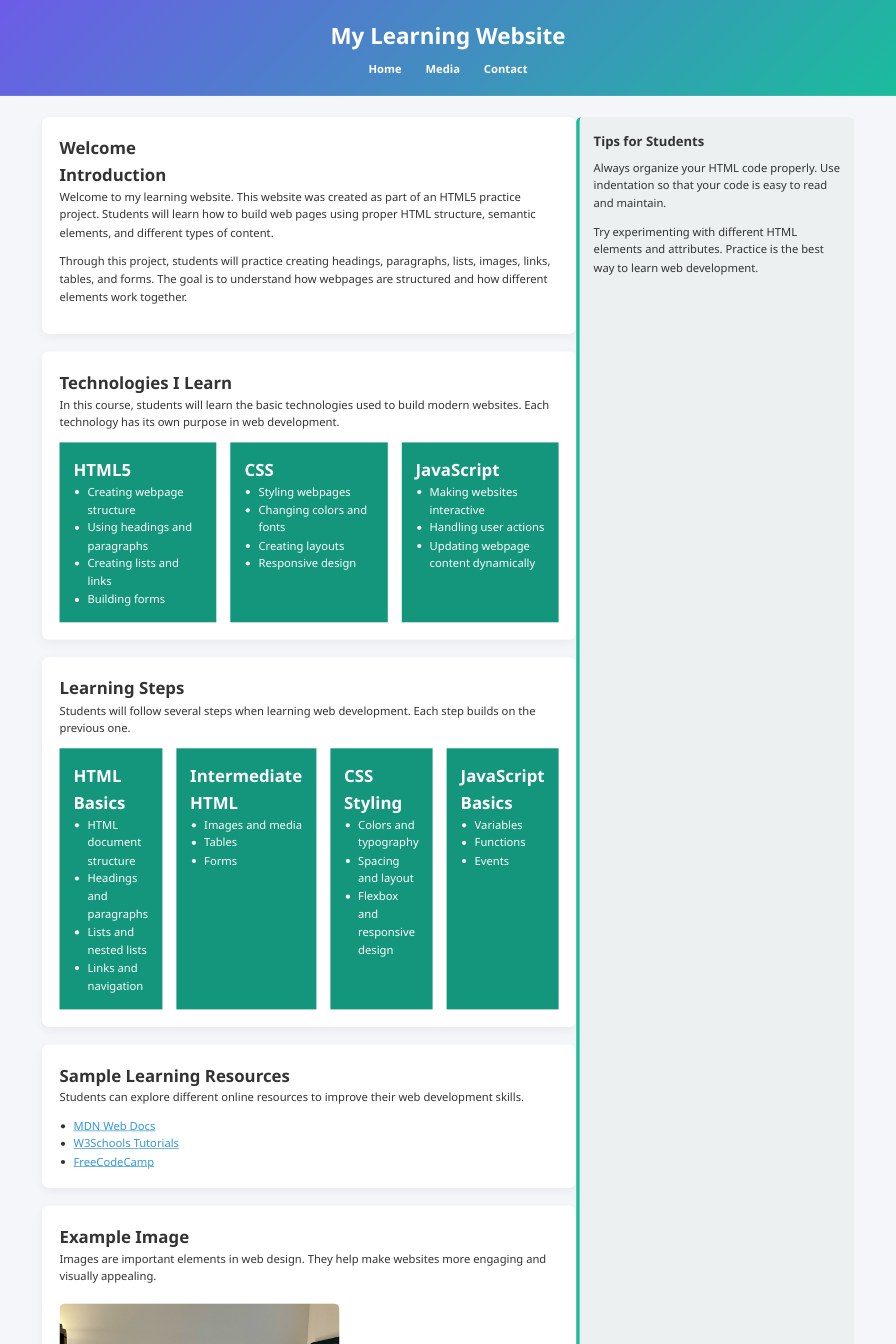
Repository: Than-sothearak/web_client_programing
Page: Week_03/index.html
These files come from the project's save history. The page is drawn as it stood at one moment and after a run of saves; the edit follows.
The browser window is 1280 px wide. The pictures show the part of the page from y = 0 to 1920 px (the page is 2722 px tall before and 2406 px after), at 70% of full size.

Above is the page before, as saved 2026-03-24 21:55:26.

After the next 2 saves:
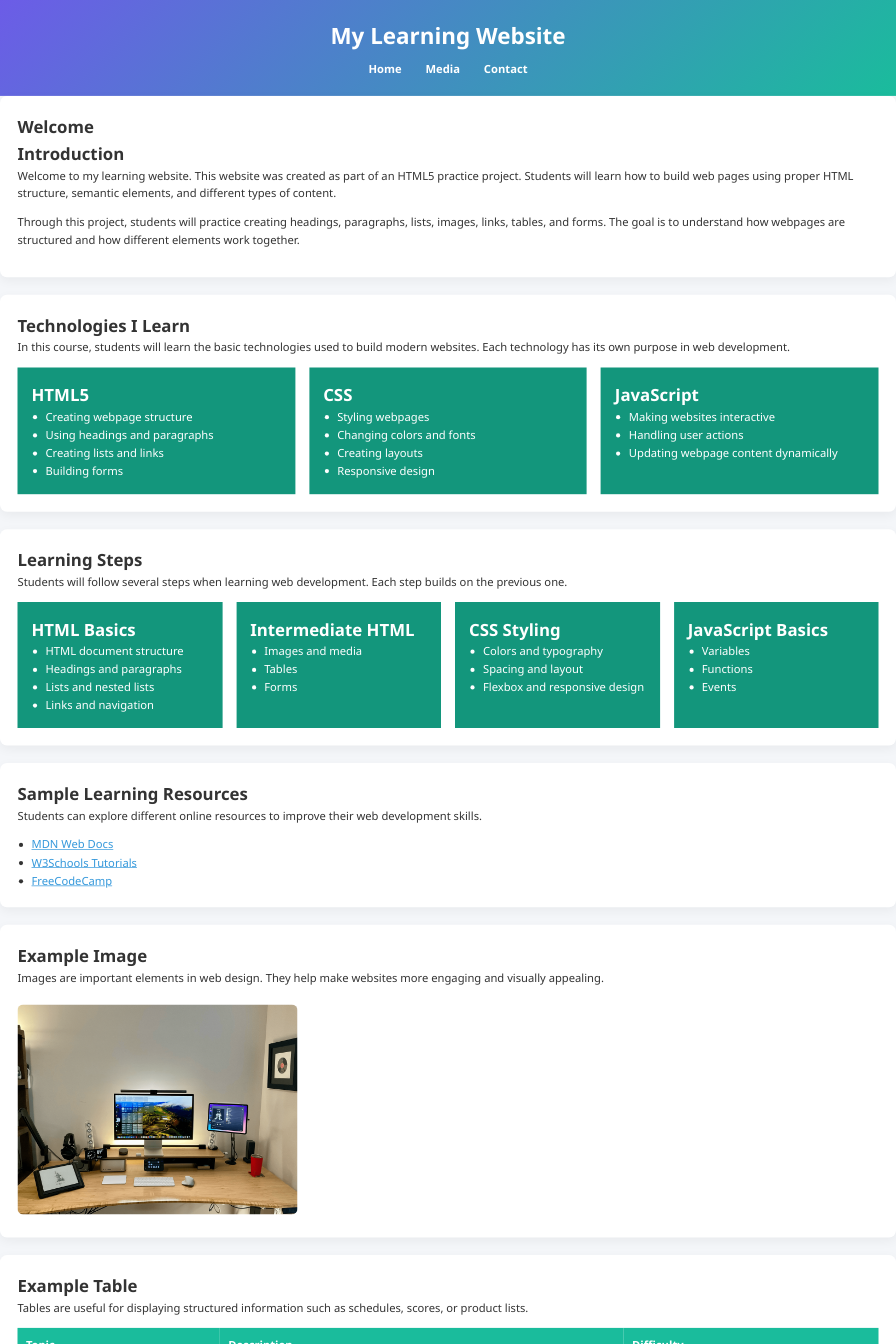
The 2 saves are shown as one change because they came seconds apart.
The last was saved 10 s later.
--- a/Week_03/styles.css
+++ b/Week_03/styles.css
@@ -17,12 +17,6 @@
   line-height: 1.6;
 }
 
-.container {
-  display: flex;
-   max-width: 1200px;
-  margin: auto;
-  padding: 30px 20px;
-}
 
 /* Header */
 

After the save that followed:
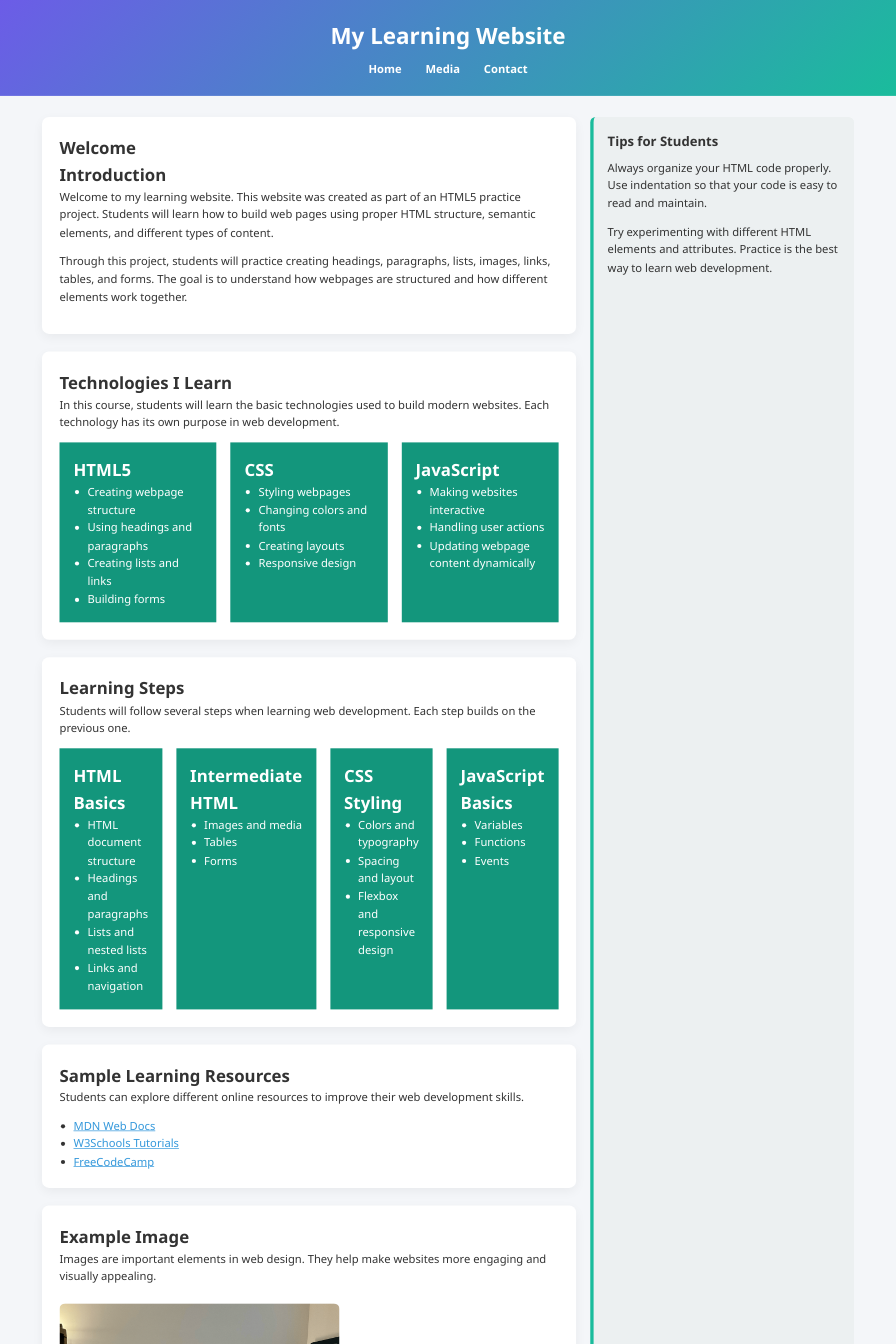
Saved 12 s later.
--- a/Week_03/styles.css
+++ b/Week_03/styles.css
@@ -52,9 +52,14 @@
 
 /* Main container */
 
-main {
-
-}
+.container {
+  display: flex;
+   max-width: 1200px;
+   gap: 20px;
+  margin: auto;
+  padding: 30px 20px;
+}
+
 
 /* Section cards */
 
